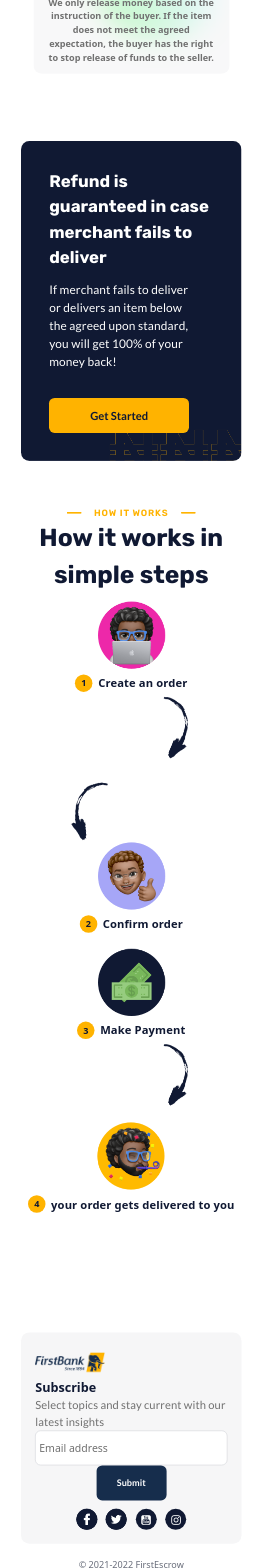
Repository: Pepperest-dev/First_Escrow_Home
Page: index.html
These files come from the project's save history. The page is drawn as it stood at one moment and after the next save; the edit follows.
The browser window is 375 px wide. The pictures show the part of the page from y = 2668 to 4908 px (the page is 4933 px tall before and 4953 px after), at 70% of full size.

Above is the page before, as saved 2021-09-27 14:14:53.

### index.html
<!DOCTYPE html>
<html lang="en">
  <head>
    <meta charset="UTF-8" />
    <meta http-equiv="X-UA-Compatible" content="IE=edge" />
    <meta name="viewport" content="width=device-width, initial-scale=1.0" />
    <link rel="stylesheet" href="Styles/styles.css" />
    <link rel="stylesheet" href="Styles/mobileScreenStyles.css" />
    <link
      href="https://unpkg.com/tailwindcss@^2/dist/tailwind.min.css"
      rel="stylesheet"
    />
    <link
      rel="stylesheet"
      href="https://cdnjs.cloudflare.com/ajax/libs/font-awesome/4.7.0/css/font-awesome.min.css"
    />
    <link rel="preconnect" href="https://fonts.googleapis.com" />
    <link rel="preconnect" href="https://fonts.gstatic.com" crossorigin />
    <link
      href="https://fonts.googleapis.com/css2?family=Lato:wght@100;300;400;700;800&family=Rubik:wght@400;500;600;700&display=swap"
      rel="stylesheet"
    />
    <title>First Escrow</title>
  </head>
  <body>
    <!-- Create a container wrapper to  -->
    <!-- create a container to keep everything contained in a certain width  ##done -->
    <!-- create the Navbar ##Done -->
    <!-- Do the font setup from google fonts  ##Done-->
    <!-- make the navbar responsive  Not done-->
    <!-- create the hero section ##almost -->
    <!-- work on the what can we do or you ssection -->
    <!-- Work on how does first escrow  works-->
    <!-- work on refund is guranteed  section  -->
    <!-- how it works in simple steps section -->
    <!-- work on the footer section -->

    <!-- Header and Nav bar section -->
    <header class="banner mb-10 overflow-x-hidden overscroll-none">
      <nav
        class="
          h-24
          flex
          justify-between
          items-center
          md:w-11/12 md:p-0
          px-7
          mx-auto
          mb-6
        "
      >
        <a href="/">
          <img
            src="/assets/imgs/firstBank_logo.png"
            alt="First Bank Logo"
            class="BrandLogo cursor-pointer"
          />
        </a>

        <ul class="md:flex hidden w-2/12 h-full justify-between items-center">
          <li class="loginLink"><a href="#">Logo</a></li>
          <li>
            <button class="getStartedBtn hover:drop-shadow-xl">
              Get Started
            </button>
          </li>
        </ul>

        <div id="hambugger" class="hambugger cursor-pointer md:hidden">
          <i id="menuToggler" class="fa fa-2x fa-bars"></i>
        </div>
      </nav>

      <main class="md:w-11/12 mb-3 md:p-0 px-7 mx-auto">
        <article>
          <p
            class="
              text-center
              mx-auto
              flex
              justify-around
              items-center
              firstEscrow
            "
          >
            First Escrow
          </p>
          <h1 class="mainTitle text-center mx-auto">
            Buy & Sell With <span class="">Ease</span>
            <img
              src="/assets/icons/bigEaseElipses.png"
              alt="elipses"
              class="elipses"
            />
          </h1>
          <p class="contentDescription mx-auto">
            FirstEscrow helps you ensure that what you ordered and what was
            delivered are the same before the seller gets paid. And if the item
            is different, you get your
            <span class="greenMoneyText">money back</span> in record time!
          </p>
          <form
            class="
              my-5
              mx-auto
              flex
              justify-between
              items-center
              cursor-pointer
              bannerInputField
            "
          >
            <input
              type="text"
              class="h-full"
              placeholder="Enter your email address"
            />
            <button
              type="submit"
              class="getStartedBtn z-10 hover:drop-shadow-xl"
            >
              Get Started
            </button>
          </form>
        </article>
        <img
          src="/assets/imgs/dashboardMockup.png"
          class="dashboardImg cursor-pointer mx-auto"
          alt="dashboard mockup"
        />
      </main>
    </header>

    <!-- What can you do with firstEscrow section -->
    <div class="wrapper">
      <section
        class="
          mt-10
          w-11/12
          mx-auto
          overflow-x-hidden
          gap-x-8
          items-center
          flex
          justify-between
          flex-wrap-reverse
          md:flex-nowrap
        "
      >
        <div class="">
          <img
            class="object-contain"
            src="/assets/imgs/bagAndCard.png"
            alt="bag and card"
          />
        </div>
        <div class="">
          <p
            class="text-left flex justify-start items-center yellowFirstEscrow"
          >
            First Escrow
          </p>

          <h1 class="mainTitle">What can you do with FirstEscrow?</h1>

          <ul id="FirstEscrowCanDo"></ul>
          <button class="getStartedBtn hover:drop-shadow-xl my-5">
            Get Started Now
          </button>
        </div>
      </section>
    </div>

    <!-- Safeguard your money section -->
    <div class="wrapper">
      <section class="mt-10 mb-5 w-11/12 mx-auto overflow-x-hidden">
        <p
          class="
            text-center
            mx-auto
            flex
            justify-around
            items-center
            secondYellowFirstEscrow
          "
        >
          Safeguard Your Money
        </p>

        <h3 class="text-center protectTitle">
          How does FirstEscrow protect my money?
        </h3>
        <p class="contentDescription mx-auto">
          FirstEscrow does this in
          <span class="yellowText">3 easy steps</span>
        </p>

        <div
          id="threeBoxes"
          class="flex justify-evenly flex-wrap items-center my-5"
        ></div>
      </section>
    </div>

    <!-- Refund Guaranteed section -->
    <div class="wrapper">
      <section
        class="
          mt-16
          refundSection
          mb-5
          w-11/12
          mx-auto
          overflow-x-hidden
          p-10
          gap-x-8
        "
      >
        <div class="flex flex-col items center h-full justify-around titleSide">
          <h1 class="text-white refundSectionTitle">
            Refund is guaranteed in case merchant fails to deliver
          </h1>

          <p class="refundSectionTextContent md:hidden mt-4 mr-5 md:mr-0">
            If merchant fails to deliver or delivers an item below the agreed
            upon standard, you will get 100% of your money back!
          </p>

          <button
            type="submit"
            class="yellowGetStartedBtn mt-10 hover:drop-shadow-xl"
          >
            Get Started
          </button>
        </div>
        <div class="h-full md:block hidden w-3/5">
          <p class="refundSectionTextContent mt-4 mr-5 md:mr-0">
            If merchant fails to deliver or delivers an item below the agreed
            upon standard, you will get 100% of your money back!
          </p>
        </div>
      </section>
    </div>

    <!-- How it works section -->
    <div class="wrapper">
      <section class="mt-16 mb-5 w-11/12 mx-auto">
        <p
          class="
            text-center
            mx-auto
            flex
            justify-around
            items-center
            howItWorksYellow
          "
        >
          How it works
        </p>

        <h3 class="text-center protectTitle">How it works in simple steps</h3>

        <main
          class="flex mx-auto justify-center items-center flex-wrap gap-x-8"
        >
          <div class="fourBoxes my-3 h-56 w-52">
            <div class="flex flex-col items-center mx-auto">
              <img
                class="w-24"
                src="/assets/imgs/pinkAvatar.png"
                alt="purple avatar"
              />
              <div class="flex mt-2">
                <span class="AvatarYellowNumber mr-2">1</span>
                <p class="AvatarTitle">Create an order</p>
              </div>
            </div>
            <div class="flex justify-end items-center">
              <img
                src="/assets/icons/arrowBottom.png"
                alt="arrow bottom"
                class="h-28 hidden md:block w-28"
              />
              <img
                src="/assets/icons/arrowTop.png"
                alt="arrow bottom"
                class="h-24 block faceRightDown md:hidden w-24"
              />
            </div>
          </div>
          <div class="fourBoxes my-3 h-56 w-52">
            <div class="flex justify-start md:justify-end items-center">
              <img
                src="/assets/icons/arrowTop.png"
                alt="arrow bottom"
                class="h-28 hidden md:block w-28"
              />
              <img
                src="/assets/icons/arrowBottom.png"
                alt="arrow bottom"
                class="h-24 block faceLeftDown md:hidden w-24"
              />
            </div>
            <div class="flex flex-col items-center mx-auto">
              <img
                class="w-24"
                src="/assets/imgs/purpleAvatar.png"
                alt="purple avatar"
              />
              <div class="flex mt-2">
                <span class="AvatarYellowNumber mr-2">2</span>
                <p class="AvatarTitle">Confirm order</p>
              </div>
            </div>
          </div>
          <div class="fourBoxes my-3 h-56 w-52">
            <div class="flex flex-col items-center mx-auto">
              <img
                class="w-24"
                src="/assets/imgs/dollarCurrency.png"
                alt="purple avatar"
              />
              <div class="flex mt-2">
                <span class="AvatarYellowNumber mr-2">3</span>
                <p class="AvatarTitle">Make Payment</p>
              </div>
            </div>
            <div class="flex justify-end items-center">
              <img
                src="/assets/icons/arrowBottom.png"
                alt="arrow bottom"
                class="h-28 hidden md:block w-28"
              />
              <img
                src="/assets/icons/arrowTop.png"
                alt="arrow bottom"
                class="h-24 block faceRightDown md:hidden w-24"
              />
            </div>
          </div>
          <div
            class="
              fourBoxes
              flex flex-col
              md:justify-end
              justify-start
              my-3
              h-56
              w-54
            "
          >
            <div class="flex flex-col items-center mx-auto">
              <img
                class="w-24"
                src="/assets/imgs/yellowAvatar.png"
                alt="purple avatar"
              />
              <div class="flex justify-start items-center mt-2">
                <span class="AvatarYellowNumber mr-2">4</span>
                <p class="AvatarTitle">your order gets delivered to you</p>
              </div>
            </div>
          </div>
        </main>
      </section>
    </div>

    <!-- Footer Sections starts here -->
    <footer class="wrapper">
      <section
        class="
          mt-16
          footerSection
          mb-5
          w-11/12
          mx-auto
          gap-x-8
          items-end
          flex
          justify-between
          flex-wrap
          md:flex-nowrap
          py-5
          px-5
          md:px-10
        "
      >
        <div
          class="
            w-full
            md:w-6/12
            flex flex-col
            justify-between
            items-start
            foooterBoxHeight
            h-full
          "
        >
          <a href="/">
            <img
              src="/assets/imgs/firstBank_logo.png"
              alt="First Bank Logo"
              class="BrandLogo cursor-pointer"
            />
          </a>

          <p class="footerTitle">Subscribe</p>
          <p class="footerTextContent">
            Select topics and stay current with our latest insights
          </p>

          <form
            action=""
            class="footerForm flex-wrap w-full md:min-w-8/12 md:w-9/12"
          >
            <input
              placeholder="Email address"
              class="flex flex-1 footerInput md:mr-3"
              type="text"
            />
            <button class="getStartedBtn hover:drop-shadow-xl mx-auto md:mx-0">
              Submit
            </button>
          </form>
        </div>
        <div class="w-4/6 mx-auto md:mx-0 md:w-3/12 h-full">
          <div class="flex h-full mt-3 md:mt-0 justify-evenly">
            <a href="#" class="footerSocialIcon">
              <img
                src="/assets/imgs/fb_logo.png"
                class="w-8"
                alt="facebook logo"
              />
            </a>
            <a href="#" class="footerSocialIcon">
              <img
                src="/assets/imgs/twt_logo.png"
                class="w-8"
                alt="facebook logo"
              />
            </a>
            <a href="#" class="footerSocialIcon">
              <i class="fa text-white fa-youtube-square"></i>
            </a>
            <a href="#" class="footerSocialIcon">
              <i class="fa text-white fa-instagram"></i>
            </a>
          </div>
        </div>
      </section>
    </footer>

    <footer class="wrapper mb-5">
      <p class="text-center footerDate">© 2021-2022 FirstEscrow</p>
    </footer>
    <script src="Js/app.js"></script>
  </body>
</html>

### Styles/styles.css
* {
  margin: 0;
  padding: 0;
  border: 0;
  font-size: 16px;
  text-decoration: none;
  font: inherit;
  box-sizing: border-box;
}

/* Colors varable declaration */
:root {
  --whiteBgColor: #ffffff;
  --BtnBgColor: #162d4c;
  --lightBlueColor: #0093c9;
  --yellowPrimaryColor: #ffb300;
  --boxesTextColor: #707070;
  --darkBlueTextColor: #101933;
  --bannerTextColor: #707585;
  --lightGreenColor: #28a745;
  --inputFieldBorderColor: #d8dade;
  --footerBackgroundColor: #f6f6f7;
  --footerTextColor: #040c22;
  --latoFontFamily: "Lato", sans-serif;
  --rubikFontFamily: "Rubik", sans-serif;
  --arialFontFamily: "Arial", sans-serif;
}
.wrapper {
  margin-right: auto;
  margin-left: auto;
  max-width: 1440px;
  padding-right: 2rem;
  padding-left: 2rem;
  width: 100%;
  background-color: var(--whiteBgColor);
}

.banner {
  background-image: url(../assets/imgs/overlayBackground.png);
  background-position: center;
  background-repeat: no-repeat;
  background-size: cover;
  object-fit: cover;
}
.dashboardImg {
  width: 100%;
  height: auto;
  overflow-x: hidden;
}

.contentContainer {
}

.BrandLogo {
  width: 150px;
  object-fit: contain;
  height: 45px;
}

.outline {
  outline: 1px solid blue;
}

.loginLink {
  font: normal normal 600 16px/19px Lato;
  letter-spacing: 0.32px;
  font-family: var(--latoFontFamily);
  font-style: normal;
  font-weight: 600;
  color: var(--darkBlueTextColor);
}

.loginLink:hover {
  opacity: 0.8;
  transition: all ease-in-out 350ms;
}

.getStartedBtn {
  border-radius: 8px;
  background-color: var(--BtnBgColor);
  min-width: 100px;
  padding: 0 1.2rem;
  height: 50px;
  color: var(--whiteBgColor);
  font-family: var(--latoFontFamily);
  text-align: center;
  font-size: 13px;
  font-weight: 800;
}

.getStartedBtn:hover {
  opacity: 0.8;
  transition: all ease-in-out 350ms;
}

.yellowGetStartedBtn {
  border-radius: 8px;
  background-color: var(--yellowPrimaryColor);
  min-width: 100px;
  width: 200px;
  padding: 0 1.2rem;
  height: 50px;
  color: var(--darkBlueTextColor);
  font-family: var(--latoFontFamily);
  text-align: center;
  font-size: 16px;
  font-weight: 700;
}

.yellowGetStartedBtn:hover {
  opacity: 0.8;
  transition: all ease-in-out 350ms;
}

.yellowFirstEscrow {
  letter-spacing: 1.2px;
  color: var(--yellowPrimaryColor);
  text-transform: uppercase;
  font-family: var(--rubikFontFamily);
  font-size: 13px;
  font-weight: 600;
  width: 150px;
}

.yellowFirstEscrow::before {
  content: "";
  display: flex;
  width: 20px;
  border: 1px solid var(--yellowPrimaryColor);
  background-color: var(--yellowPrimaryColor);
  margin-right: 10px;
}

.howItWorksYellow {
  letter-spacing: 1.2px;
  color: var(--yellowPrimaryColor);
  text-transform: uppercase;
  font-family: var(--rubikFontFamily);
  font-size: 13px;
  font-weight: 600;
  width: 200px;
}

.howItWorksYellow::before {
  content: "";
  display: flex;
  width: 20px;
  border: 1px solid var(--yellowPrimaryColor);
  background-color: var(--yellowPrimaryColor);
}
.howItWorksYellow::after {
  content: "";
  display: flex;
  width: 20px;
  border: 1px solid var(--yellowPrimaryColor);
  background-color: var(--yellowPrimaryColor);
}
.secondYellowFirstEscrow {
  letter-spacing: 1.2px;
  color: var(--yellowPrimaryColor);
  text-transform: uppercase;
  font-family: var(--rubikFontFamily);
  font-size: 13px;
  font-weight: 600;
  width: 263px;
}

.secondYellowFirstEscrow::before {
  content: "";
  display: flex;
  width: 20px;
  border: 1px solid var(--yellowPrimaryColor);
  background-color: var(--yellowPrimaryColor);
}
.secondYellowFirstEscrow::after {
  content: "";
  display: flex;
  width: 20px;
  border: 1px solid var(--yellowPrimaryColor);
  background-color: var(--yellowPrimaryColor);
}

.firstEscrow {
  letter-spacing: 1.2px;
  color: var(--BtnBgColor);
  text-transform: uppercase;
  font-family: var(--rubikFontFamily);
  font-size: 13px;
  font-weight: 600;
  width: 180px;
}

.firstEscrow::before {
  content: "";
  display: flex;
  width: 20px;
  border: 1px solid var(--lightBlueColor);
  background-color: var(--lightBlueColor);
}
.firstEscrow::after {
  content: "";
  display: flex;
  width: 20px;
  background-color: var(--lightBlueColor);
  border: 1px solid var(--lightBlueColor);
}
.mainTitle {
  color: var(--darkBlueTextColor);
  font-family: var(--arialFontFamily);
  font-weight: 700;
  font-size: 2.8rem;
  max-width: 600px;
  position: relative;
}

.elipses {
  position: absolute;
  width: 150px;
  top: -11px;
  right: 10%;
}

.contentDescription {
  color: var(--bannerTextColor);
  font-family: var(--latoFontFamily);
  font-weight: 600;
  font-size: 15px;
  text-align: center;
  max-width: 650px;
}

.greenMoneyText {
  color: var(--lightGreenColor);
}

.bannerInputField {
  width: 390px;
  height: 60px;
  border: 1px solid var(--inputFieldBorderColor);
  border-radius: 12px;
  background: var(--whiteBgColor);
  padding: 8px 6px 8px 8px;
}

.bannerInputField input[type="text"] {
  border: none;
  font-family: var(--latoFontFamily);
  font-size: 16px;
  color: var(--bannerTextColor);
  flex: 0.9;
  font-weight: 600;
  outline: none;
}

.bannerInputField input[type="text"]::placeholder {
  font-family: var(--latoFontFamily);
  font-size: 14px;
  font-weight: 600;
  color: var(--bannerTextColor);
}

#FirstEscrowCanDo li {
  color: var(--boxesTextColor);
  letter-spacing: 0.18px;
  text-align: left;
  font-weight: normal;
  font-size: 15px;
}

.protectTitle {
  color: var(--darkBlueTextColor);
  letter-spacing: 0;
  font-family: var(--rubikFontFamily);
  font-weight: bold;
  font-size: 2.2rem;
}
.yellowText {
  color: var(--yellowPrimaryColor);
}
.box {
  width: 280px;
  height: 248px;
  border-radius: 12px;
  background-repeat: no-repeat;
  background-position: center;
  background-size: cover;
  display: flex;
  flex-direction: column;
  align-items: center;
  justify-content: space-evenly;
  padding: 10px;
}

.boxImage {
  width: 90px;
  background-color: transparent;
}

.boxTitle {
  color: var(--darkBlueTextColor);
  letter-spacing: 0;
  font-family: var(--rubikFontFamily);
  text-align: center;
  font-size: 18px;
  font-weight: 700;
}

.boxTextContent {
  text-align: center;
  color: var(--boxesTextColor);
  font-size: 13px;
  font-weight: 600;
  width: 95%;
}

.refundSection {
  background-color: var(--darkBlueTextColor);
  border-radius: 12px;
  background-image: url(/assets/imgs/NairaOverlayBg.png);
  background-repeat: no-repeat;
  background-size: contain;
  background-position: bottom;
  object-fit: cover;
  display: flex;
  justify-content: space-between;
  align-items: start;
  min-height: 300px;
}

.refundSectionTextContent {
  text-align: left;
  font: normal normal medium 24px/40px Lato;
  font-size: 17px;
  font-weight: mdium;
  font-family: var(--latoFontFamily);
  letter-spacing: 0.19px;
  color: #ffffff;
}

.refundSectionTitle {
  color: var(--whiteBgColor);
  font-size: 2.5rem;
  font-weight: bold;
  font-family: var(--rubikFontFamily);
}
.titleSide {
}

.footerSection {
  background-color: var(--footerBackgroundColor);
  border-radius: 12px;
  object-fit: cover;
  min-height: 250px;
  max-height: 100%;
}

.footerSocialIcon {
  height: 30px;
  width: 30px;
  background-color: var(--darkBlueTextColor);
  border-radius: 50%;
  display: grid;
  place-items: center;
  transition: transform 200ms ease-in-out;
}

.footerSocialIcon:hover {
  transform: scale(0.8);
}

.footerDate {
  color: var(--footerTextColor);
  height: 19px;
  font-family: (--rubikFontFamily);
  font-size: 13px;
  font-weight: normal;
  opacity: 0.6;
}

.foooterBoxHeight {
  /* height: 100px !important; */
  min-height: 200px;
}
.border {
  border: 2px solid red;
}

.footerTitle {
  color: var(--darkBlueTextColor);
  font-size: 18px;
  font-weight: bold;
}

.footerTextContent {
  color: var(--boxesTextColor);
  letter-spacing: 0.14px;
  font-weight: medium;
  font-family: var(--latoFontFamily);
}

.footerForm {
  display: flex;
  justify-content: space-between;
  align-items: center;
}

.footerInput {
  height: 50px;
  padding: 0.3rem;
  border-radius: 8px;
  border: 1px solid var(--inputFieldBorderColor);
  color: var(--boxesTextColor);
  font-weight: medium;
  font-size: 15px;
  outline: none;
}

.footerInput::placeholder {
  color: var(--boxesTextColor);
  font-weight: normal;
  font-size: 15px;
}

.AvatarYellowNumber {
  background-color: var(--yellowPrimaryColor);
  color: var(--darkBlueTextColor);
  font-weight: bold;
  height: 25px;
  width: 25px;
  border-radius: 50%;
  display: grid;
  place-items: center;
  font-size: 13px;
}

.AvatarTitle {
  color: var(--darkBlueTextColor);
  font-weight: bold;
  font-size: 16px;
  text-align: center;
  letter-spacing: 0.17px;
}

### Styles/mobileScreenStyles.css
@media screen and (max-width: 600px) {
  .banner {
    background-size: contain;
  }
  .dashboardImg {
    width: 500px;
    height: auto;
  }

  .BrandLogo {
    width: 100px;
  }

  .toggle {
    transition: opacity ease-in-out;
  }

  .elipses {
    position: absolute;
    width: 150px;
    top: 40%;
    right: 9%;
  }

  .wrapper {
    margin-right: auto;
    margin-left: auto;
    padding-right: 1rem;
    padding-left: 1rem;
    width: 100%;
  }

  .faceRightDown {
    transform: rotate(99deg);
  }
  .faceLeftDown {
    transform: rotate(99deg);
  }

  .refundSectionTitle {
    color: var(--whiteBgColor);
    font-size: 1.5rem;
    font-weight: bold;
    font-family: var(--rubikFontFamily);
  }
}

### Js/app.js
const escrow = {
  firstEscrowList: [
    {
      icon: "/assets/icons/greenChecked.png",
      text: "Pay for goods/services bought online and offline",
    },
    {
      icon: "/assets/icons/greenChecked.png",
      text: "Receive payments from customers without having an online store",
    },
    {
      icon: "/assets/icons/greenChecked.png",
      text: "Receive card/bank account payments from visitors to your social media pages (on Instagram and Facebook)",
    },
    {
      icon: "/assets/icons/greenChecked.png",
      text: "Get a free online store (with bank/card payment and reports dashboard included)",
    },
  ],
  threeBoxContent: [
    {
      imgUrl: "/assets/imgs/parcelBox.png",
      bgImgUrl: "/assets/imgs/darkGreenCardBg.png",
      boxTitle: "We verify the product",
      boxTextContent:
        "All items being purchased must be documented with specific details (colour, size, delivery date, sample photo) which the seller must consent to.",
    },
    {
      imgUrl: "/assets/imgs/moneyBag.png",
      bgImgUrl: "/assets/imgs/yellowCardBg.png",
      boxTitle: "We protect your funds",
      boxTextContent:
        "All money paid is held in trust by FirstEscrow until the buyer has confirmed satisfaction with items delivered.",
    },
    {
      imgUrl: "/assets/imgs/greenShield.png",
      bgImgUrl: "/assets/imgs/lightGreenCardBg.png",
      boxTitle: "Describe the items",
      boxTextContent:
        "We only release money based on the instruction of the buyer. If the item does not meet the agreed expectation, the buyer has the right to stop release of funds to the seller.",
    },
  ],
};
Object.freeze(escrow);
document.addEventListener(
  "DomContentLoaded",
  (function () {
    console.log(escrow, "escrow, content");
    const { firstEscrowList, threeBoxContent } = escrow;
    const hambugger = document.querySelector("#hambugger");
    const menu = document.querySelector("#menuToggler");
    const escrowCanDo = document.querySelector("#FirstEscrowCanDo");
    const threeBoxes = document.querySelector("#threeBoxes");

    let returnedList = firstEscrowList
      .map(
        (list) =>
          `<li class="flex items-start my-3 justify-start"><img  src=${list.icon} alt="checked icon" class="mr-5 h-6 w-6" /> ${list.text}</li>`
      )
      .join(" ");

    escrowCanDo.innerHTML = returnedList;

    let boxesHtml = threeBoxContent
      .map(
        ({ imgUrl, bgImgUrl, boxTextContent, boxTitle }) => `<div
            style="background-image: url(${bgImgUrl})"
            class="box my-3 md:my-2 hover:shadow-xl duration-150 transition-shadow transition-shadow"
          >
            <div class="boxImage">
              <img src=${imgUrl} alt="Box Image" srcset="" />
            </div>
            <p class="boxTitle">${boxTitle}</p>
            <p class="boxTextContent">
             ${boxTextContent}
            </p>
          </div>`
      )
      .join("");

    threeBoxes.innerHTML = boxesHtml;

    hambugger.addEventListener("click", () => {
      if (menu.classList.contains("fa-bars")) {
        menu.classList.remove("fa-bars");
        menu.classList.add("fa-times");
      } else if (menu.classList.contains("fa-times")) {
        menu.classList.remove("fa-times");
        menu.classList.add("fa-bars");
      }
      hambugger.classList.toggle("toggle");
    });
  })()
);

After the next save:
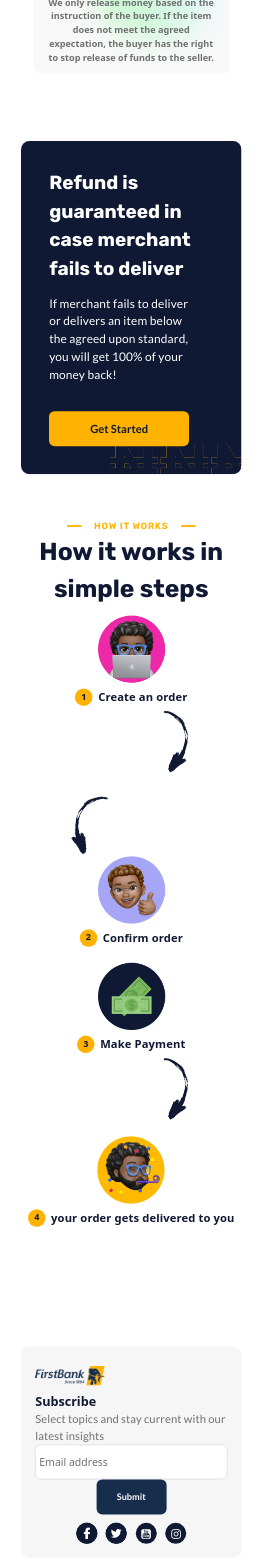
Saved 12 s later.
--- a/Styles/mobileScreenStyles.css
+++ b/Styles/mobileScreenStyles.css
@@ -39,7 +39,7 @@
 
   .refundSectionTitle {
     color: var(--whiteBgColor);
-    font-size: 1.5rem;
+    font-size: 1.7rem;
     font-weight: bold;
     font-family: var(--rubikFontFamily);
   }
